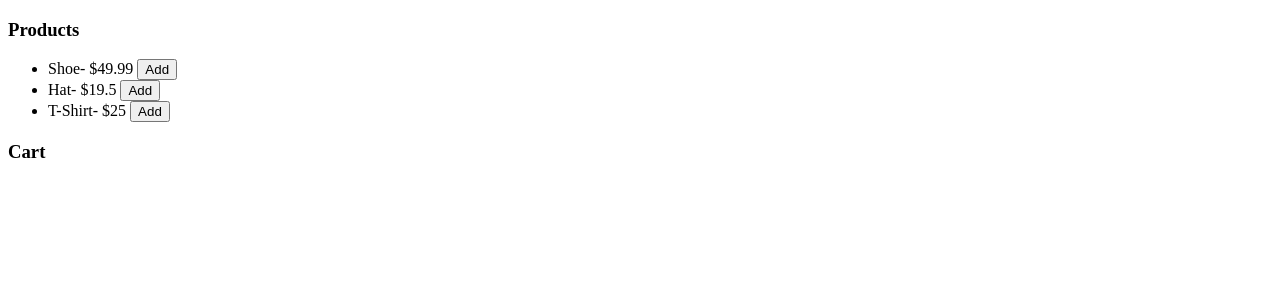
Repository: Vardhan1999/Daily-React-Apps
Page: /
These files come from the project's save history. The page is drawn as it stood at one moment and after a run of saves; the edit follows.
The browser window is 1280 px wide. The pictures show the whole page.
The project was rebuilt for these pictures with package versions that can differ from the ones it lists, and the page was loaded fresh each time. Also part of the build but not shown: vite.config.js, src/index.css.

Above is the page before, as saved 2025-11-20 23:48:17.

### src/App.jsx
import { useState } from "react";

export default function App() {
    const products = [
        { id: 'p1', name: 'Shoe', price: 49.99 },
        { id: 'p2', name: 'Hat', price: 19.5 },
        { id: 'p3', name: 'T-Shirt', price: 25.0 }
    ];
    const [cart, setCart] = useState([]);

    function addToCart(product) {
        setCart((prev) => {
            const existing = prev.find((p) => p.id === product.id);

            if (existing) {
                return prev.map((p) => p.id === product.id ? { ...p, qty: p.qty + 1 } : p);
            }

            return [...prev, { ...product, qty: 1 }];
        })
    }
    function removeFromCart(id) {
        setCart((prev) => prev.filter(p => p.id !== id));
    }

    const total = cart
        .reduce((sum, p) => sum + p.qty * p.price, 0)
        .toFixed(2);

    return (
        <div>
            <h3>Products</h3>
            <ul>
                {products.map(p => (<li key={p.id}>{p.name}- ${p.price} <button onClick={() => addToCart(p)}>Add</button></li>))}
            </ul>
            <h3>Cart</h3>
        </div>
    )
}

Loaded but not shown: index.html (common file); src/main.jsx (common file)

After the next 2 saves:
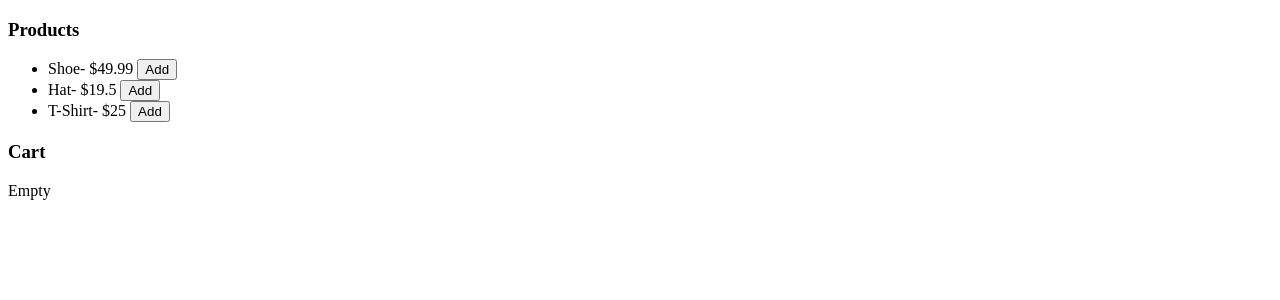
The 2 saves are shown as one change because 1 did not build or start.
The last was saved 2 min 23 s later.
--- a/src/App.jsx
+++ b/src/App.jsx
@@ -34,6 +34,15 @@ export default function App() {
                 {products.map(p => (<li key={p.id}>{p.name}- ${p.price} <button onClick={() => addToCart(p)}>Add</button></li>))}
             </ul>
             <h3>Cart</h3>
+            {cart.length === 0 ? (
+                <p>Empty</p>
+            ) : (
+                <ul>
+                    {cart.map(item => (
+                        <li key={item.id}>{item.name} x {item.qty}</li>
+                    ))}
+                </ul>
+            )}
         </div>
     )
 }
